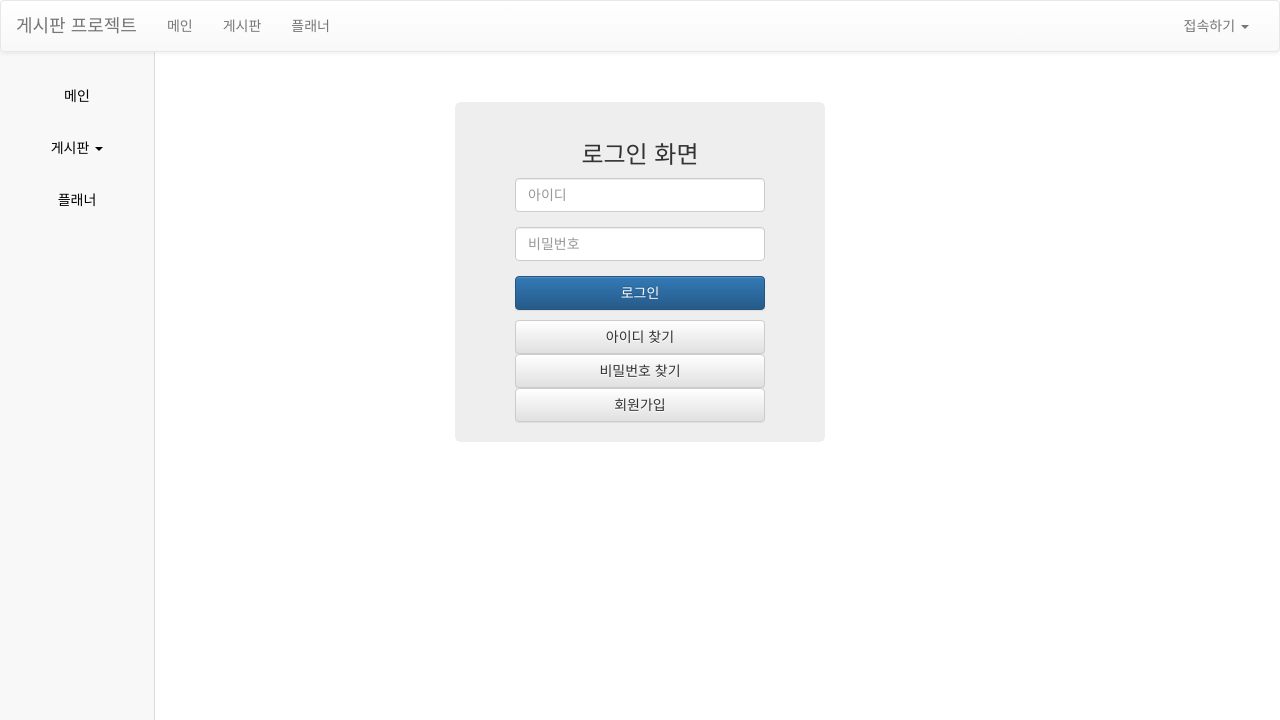
Repository: Seok7975/Project_PlannerSharingBoard
Page: http://localhost/ToDoList공유_게시판_ver3/id/login.jsp
An editor plug-in stored every save of this project. The page is shown before and after the next save, followed by the edit.
The browser window is 1280 px wide. The pictures show the whole page.
Some web libraries are served in a nearby version. The page is served by Tomcat 9.

Above is the page before, as saved 2024-07-05 06:12:18.

After the next save:
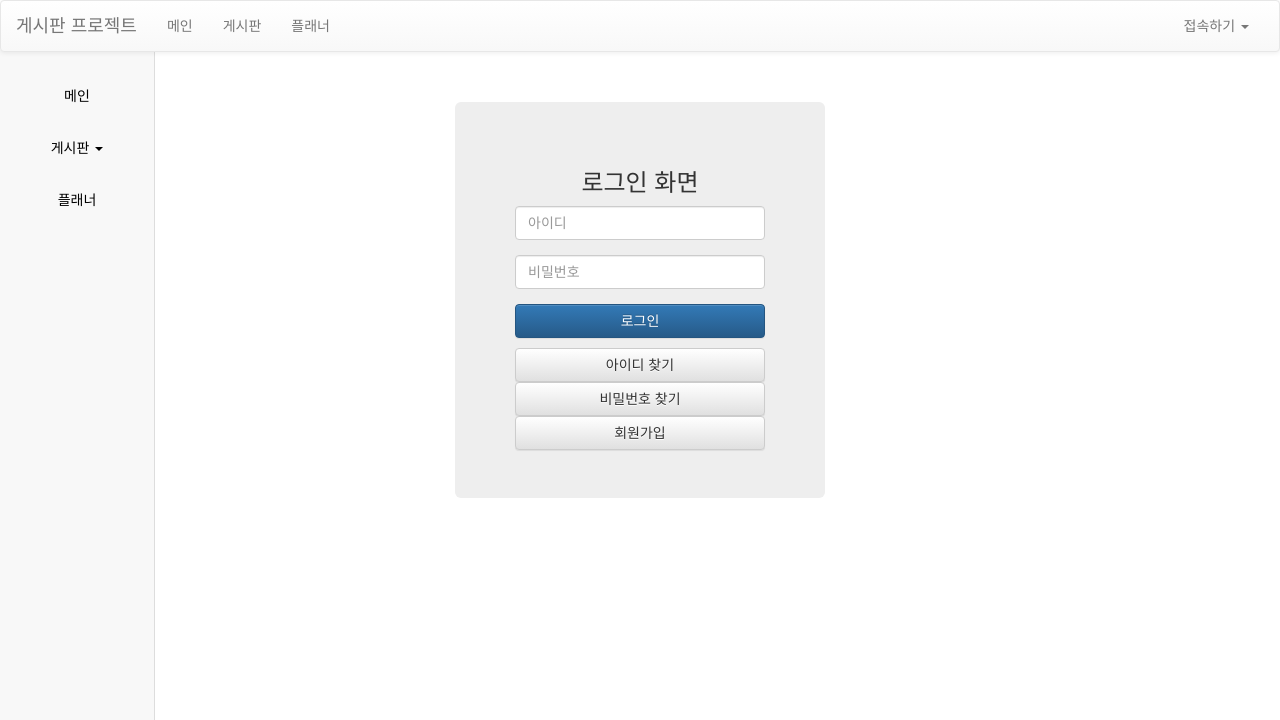
Saved 8 s later.
--- a/List_Projects_ver3/ToDoList공유 게시판_ver3/src/main/webapp/id/login.jsp
+++ b/List_Projects_ver3/ToDoList공유 게시판_ver3/src/main/webapp/id/login.jsp
@@ -234,50 +234,48 @@
 <!-- <link rel="stylesheet" href="css/jumbotronCustom.css"> -->
 <title>JSP 게시판 웹 사이트</title>
 <style>
-    .login-container {
-        max-width: 400px;
-        margin: 50px auto;
-    }
-
-    .jumbotron {
+
+
+/*     .jumbotron {
         padding: 20px;
         text-align: center;
     }
 
     .form-group {
         margin-bottom: 15px;
-    }
+    } */
 </style>
 <script>
-$(document).ready(function() {
-    function toggleSidebar() {
-        if ($(window).width() > 768) {
-            $('.sidebar').addClass('show');
-            $('.main-content').removeClass('expanded');
-        } else {
-            $('.sidebar').removeClass('show');
-            $('.main-content').addClass('expanded');
+/*     //제이쿼리로 짜보고
+    $(document).ready(function() {
+        function toggleSidebar() {
+            if ($(window).width() > 768) {
+                $('.sidebar').addClass('show');
+                $('.jumbotron').css('margin-left', '250px'); // 사이드바 너비만큼 마진 추가
+            } else {
+                $('.sidebar').removeClass('show');
+                $('.jumbotron').css('margin-left', '0'); // 마진 제거
+            }
         }
-    }
-
-    // 초기 로드 시 사이드바 상태 설정
-    toggleSidebar();
-
-    // 창 크기가 변경될 때마다 사이드바 상태 업데이트
-    $(window).resize(function() {
+
+        // 초기 로드 시 사이드바 상태 설정
         toggleSidebar();
-    });
-
-    // 사이드바 토글 버튼 (필요한 경우)
-    $('.navbar-toggle').click(function() {
-        $('.sidebar').toggleClass('show');
-        if ($('.sidebar').hasClass('show')) {
-            $('.main-content').removeClass('expanded');
-        } else {
-            $('.main-content').addClass('expanded');
-        }
-    });
-});
+
+        // 창 크기가 변경될 때마다 사이드바 상태 업데이트
+        $(window).resize(function() {
+            toggleSidebar();
+        });
+
+        // 사이드바 토글 버튼 (필요한 경우)
+        $('.navbar-toggle').click(function() {
+            $('.sidebar').toggleClass('show');
+            if ($('.sidebar').hasClass('show')) {
+                $('.jumbotron').css('margin-left', '250px');
+            } else {
+                $('.jumbotron').css('margin-left', '0');
+            }
+        });
+    }); */
 </script>
 </head>
 <body>
